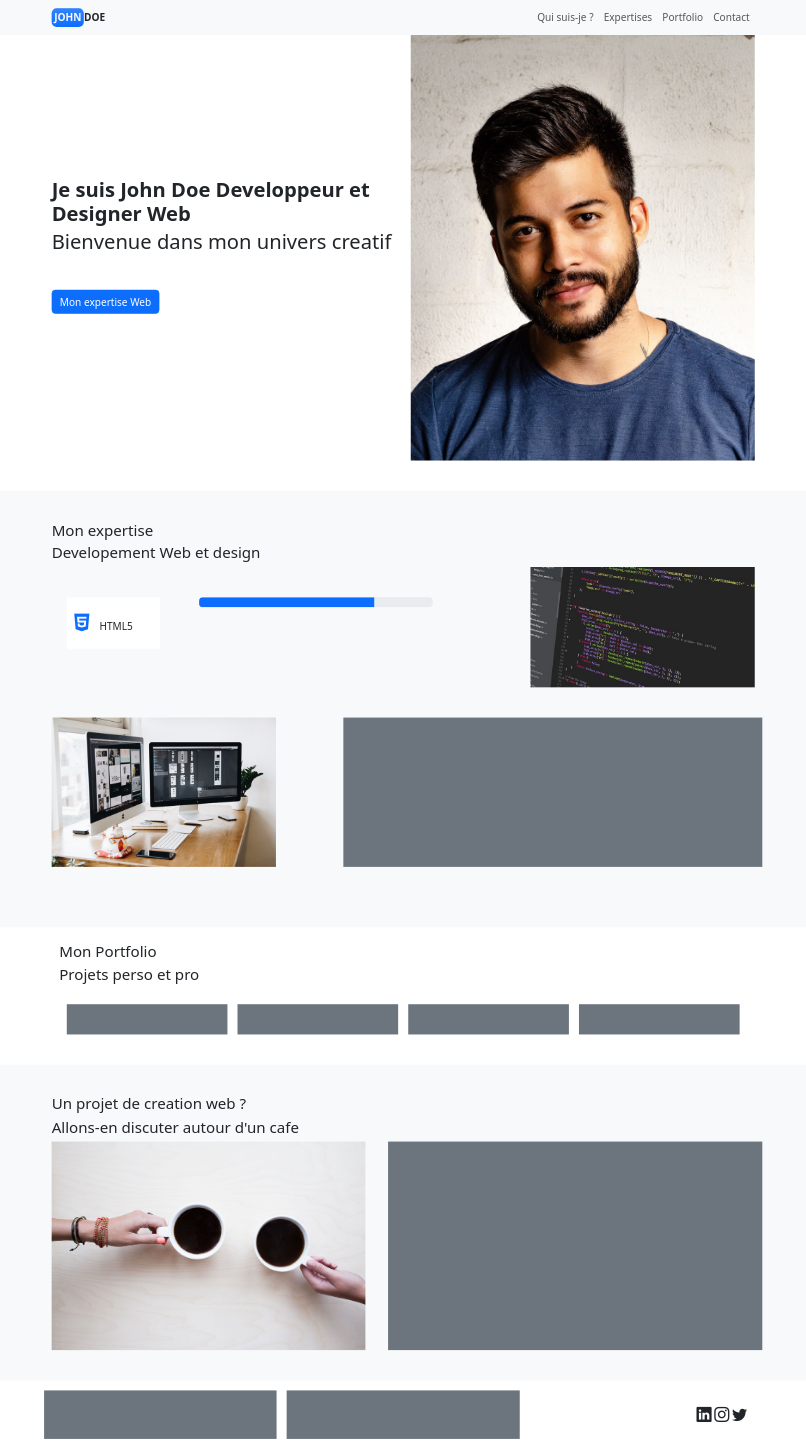
Repository: wadelfadill/Bootstrap_tache_1_portfolio
Page: index.html
The author's editor kept a copy of each file at every save. The page is drawn from the files as they stood at one save, then again after the next save.
The browser window is 1280 px wide. The pictures show the whole page, at 63% of full size.
Some web libraries are served in a nearby version.

Above is the page before, as saved 2023-03-28 13:20:46.

After the next save:
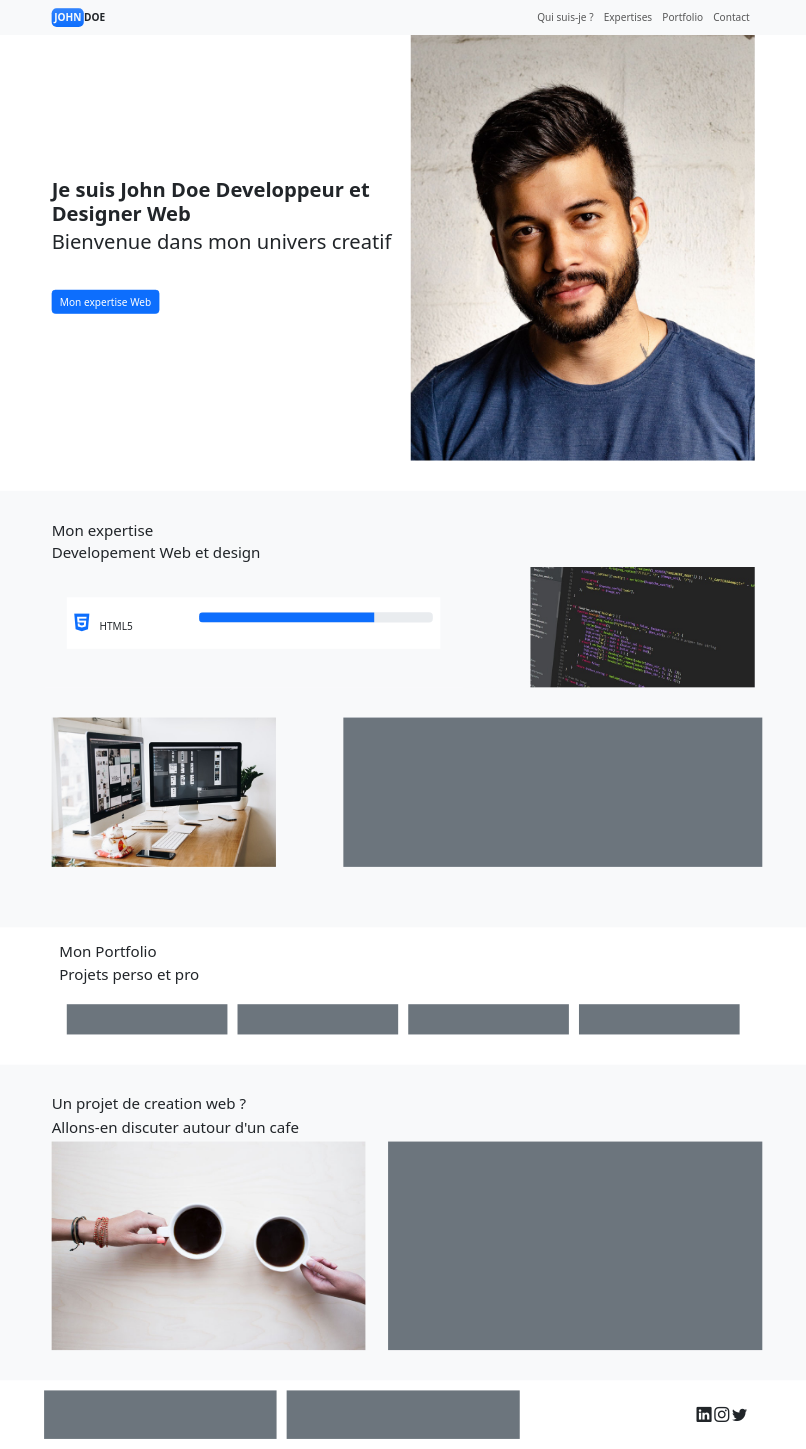
Saved 38 s later.
--- a/index.html
+++ b/index.html
@@ -64,8 +64,8 @@
                  <p class="h4 .fs-3 .fs-md-2">Developement Web et design</p>
                 <div class="row gy-4 gy-md-0">
                     <div class="col-12 col-md-7 bg-light p-5">
-                        <div class="row">
-                            <div class="col-3 bg-body py-4">
+                        <div class="row bg-body py-4">
+                            <div class="col-3">
                                 <i class="fab fa-html5 fa-2x me-3 text-primary" aria-hidden="true"></i><span class="pb-5">HTML5</span>
                             </div>
                             <div class="col-8 offset-1">
